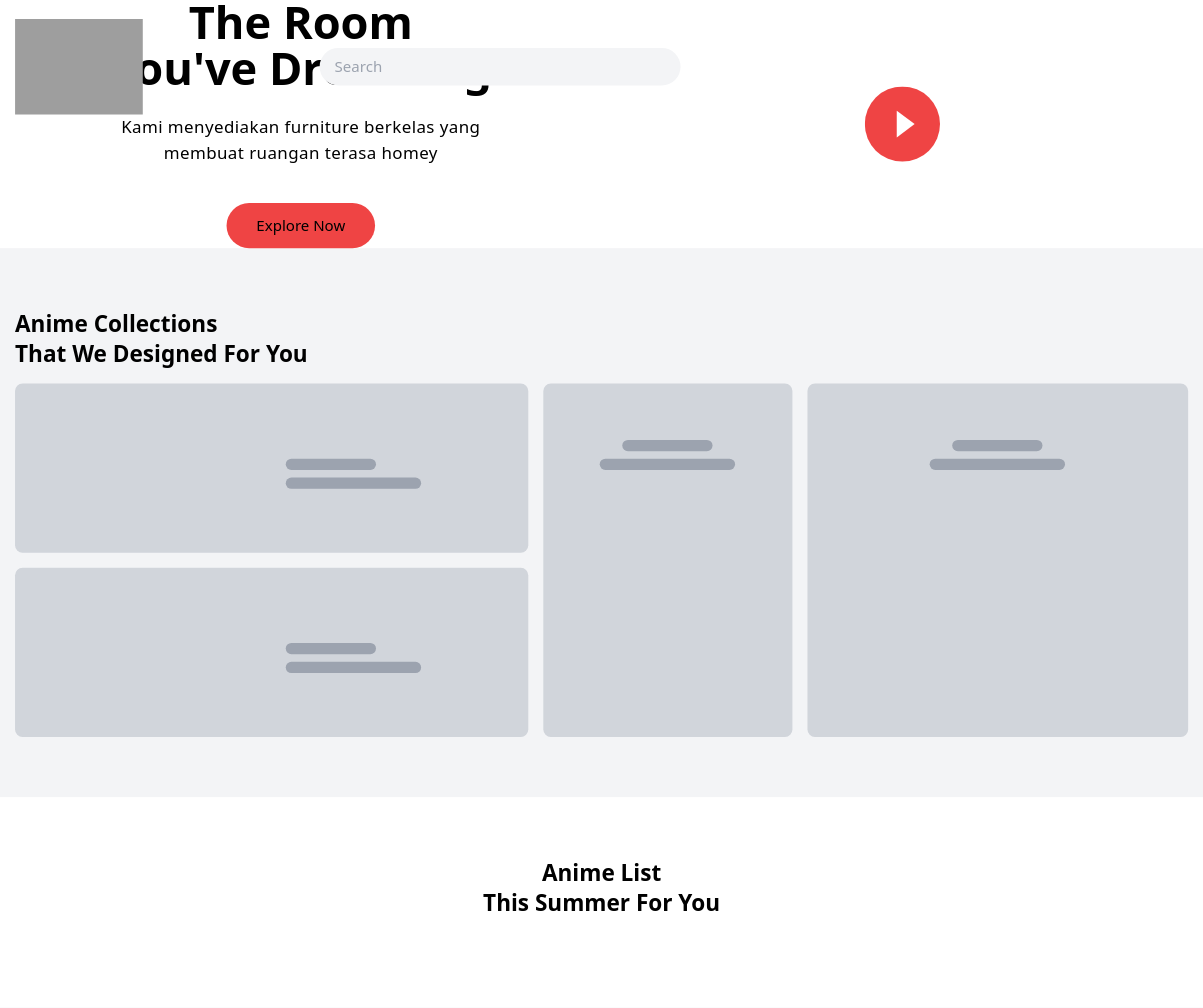
Repository: farrelmuhammad/anime-collections
Page: /
The author's editor kept a copy of each file at every save. The page is drawn from the files as they stood at one save, then again after the next save.
The browser window is 1280 px wide. The pictures show the whole page, at 94% of full size.
Pictures or frames that could not be fetched are drawn as grey boxes. The page's requests for data from a server got no answer. The project was rebuilt for these pictures with package versions that can differ from the ones it lists, and the page was loaded fresh each time. No one was signed in, and anything a server would have sent is missing. Also part of the build but not shown: src/App.css.

Above is the page before, as saved 2023-08-04 00:36:18.

After the next save:
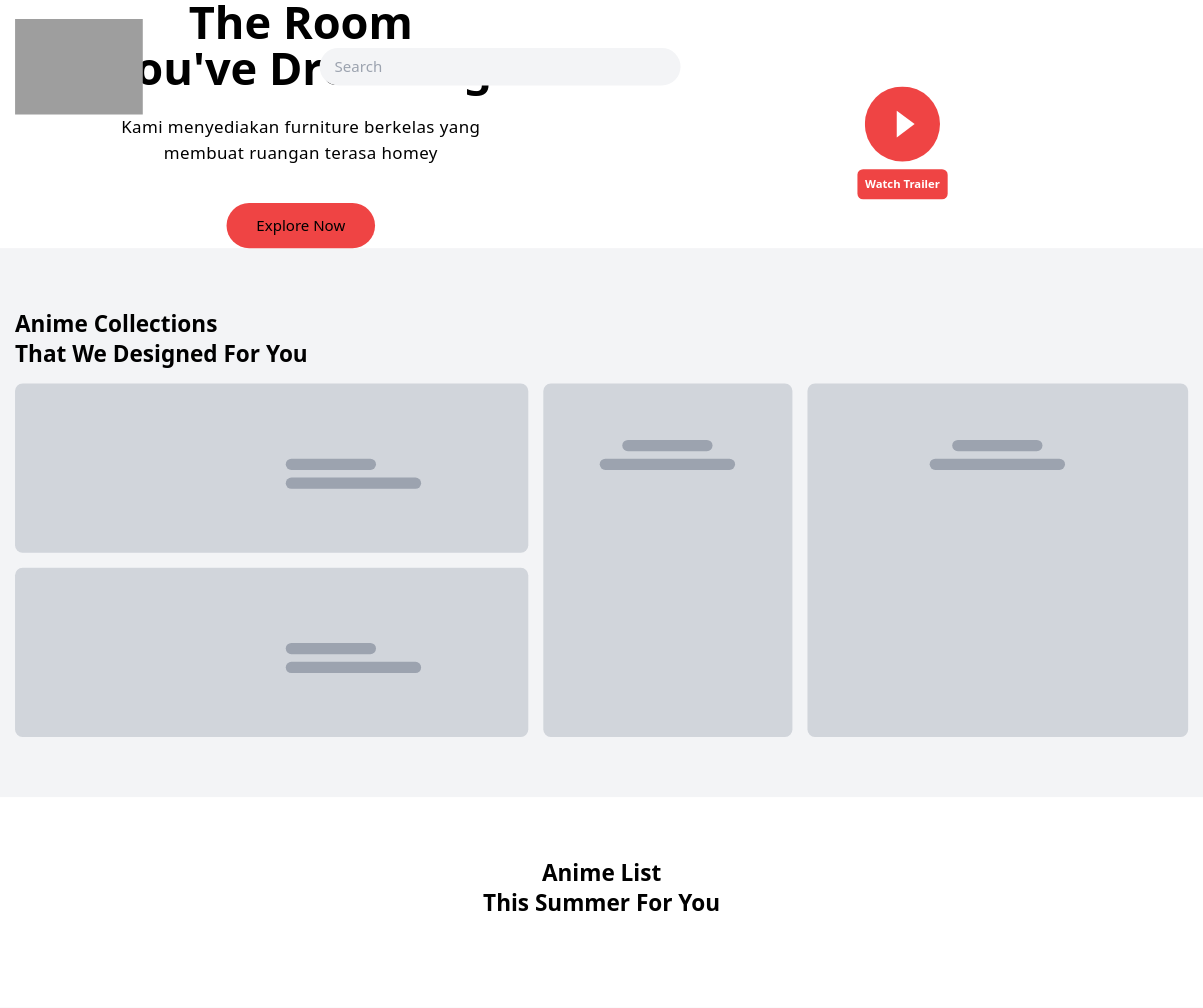
Saved 42 s later.
--- a/src/assets/css/app.css
+++ b/src/assets/css/app.css
@@ -54,6 +54,15 @@
   transform: translate(-50%, -50%);
   background-image: url("data:[embedded picture, 193 characters]");
 }
+
+.overlay .video::after {
+  @apply absolute bg-red-500 p-2 text-white text-xs font-semibold rounded-md whitespace-nowrap;
+  content: "Watch Trailer";
+  top: 110%;
+  left: 50%;
+  transform: translateX(-50%);
+}
+
 
 
 @media only screen and (max-width: 768px) {
